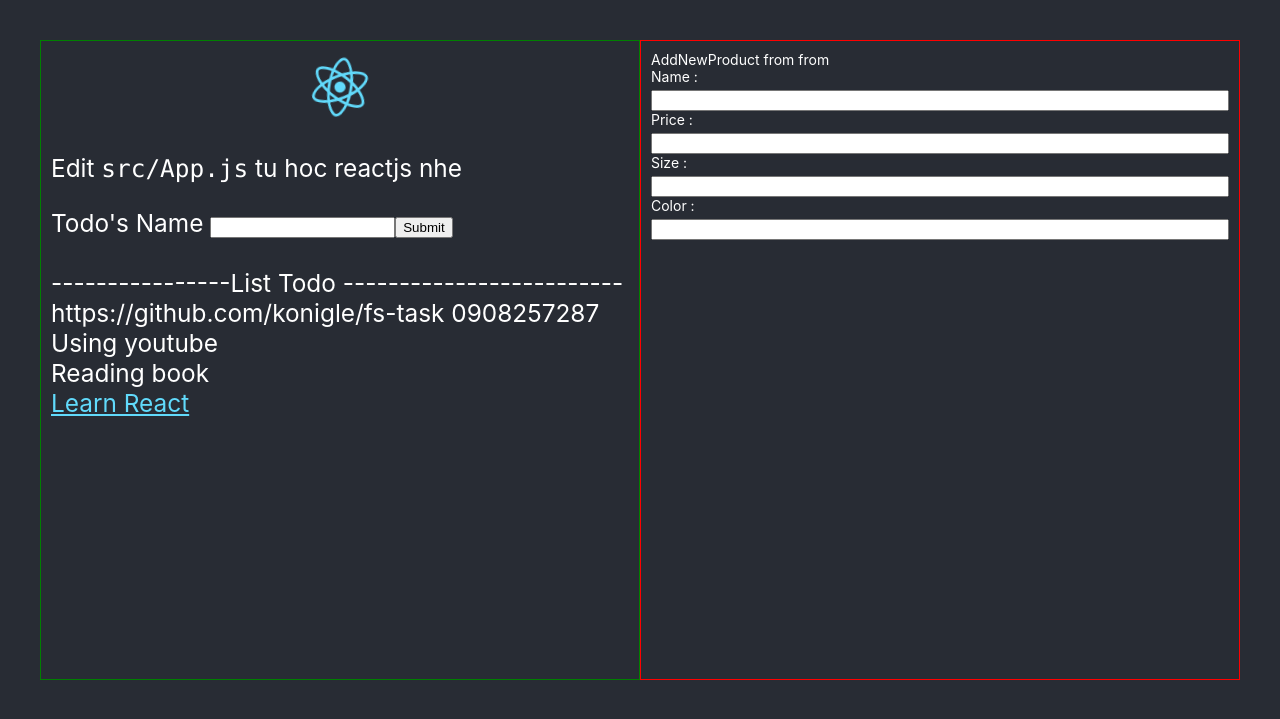
Repository: baothi/learn-reactjs
Page: /
An editor plug-in stored every save of this project. The page is shown before and after the next save, followed by the edit.
The browser window is 1280 px wide. The pictures show the whole page.
The project was rebuilt for these pictures with package versions that can differ from the ones it lists, and the page was loaded fresh each time.

Above is the page before, as saved 2022-10-04 17:53:45.

After the next save:
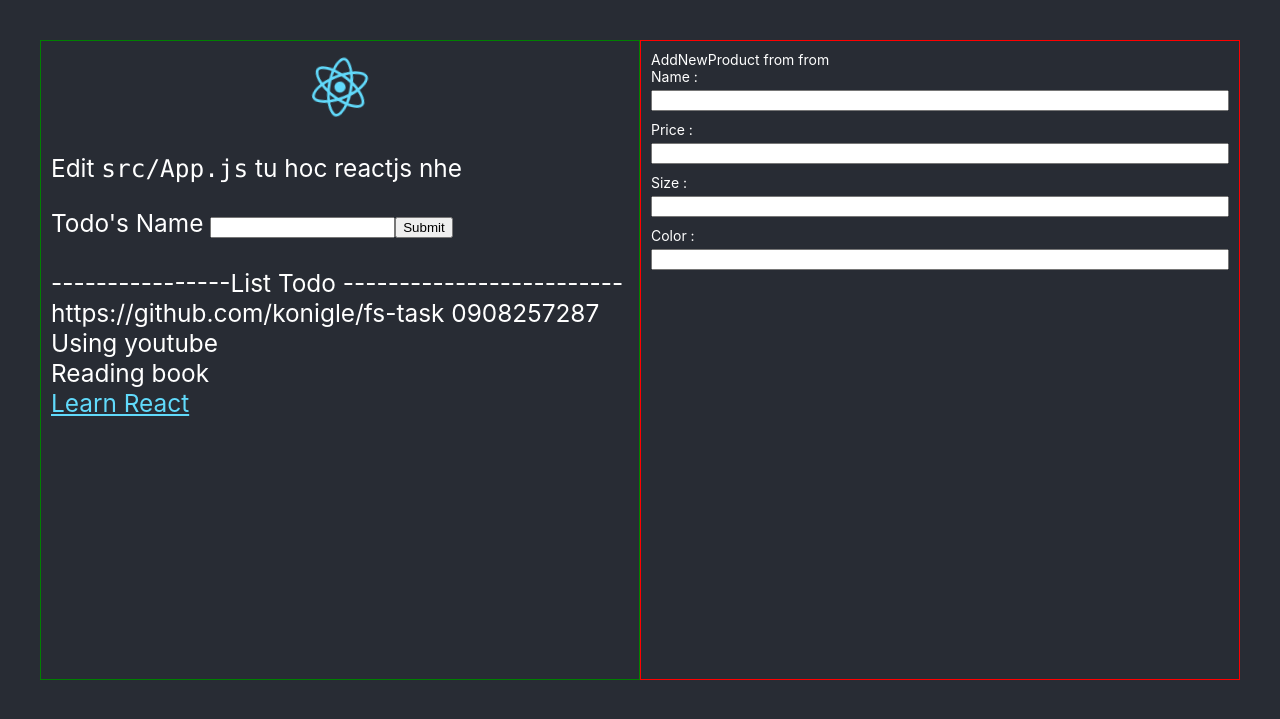
Saved 39 s later.
--- a/src/App.css
+++ b/src/App.css
@@ -60,5 +60,6 @@
   display: flex;
   flex-direction: column;
   justify-content: center;
-  gap: 5px
+  gap: 5px;
+  margin-bottom: 10px;
 }
